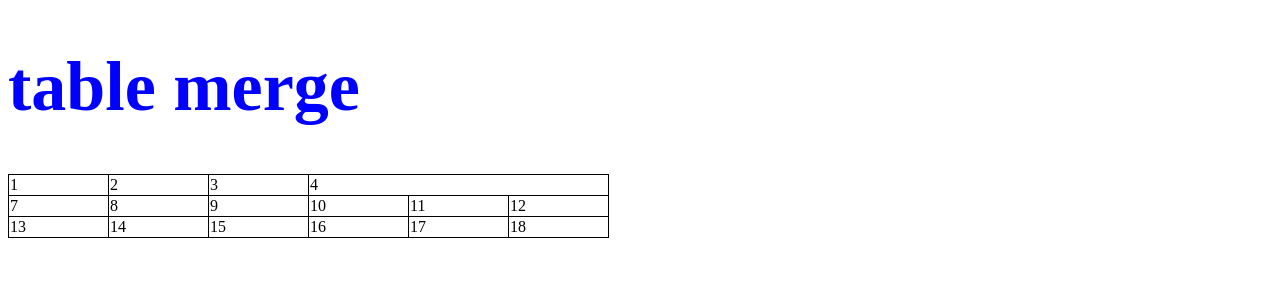
Repository: keeka2/webPractice
Page: MyStudy/HTML_Study/work/0821/WebContent/ex6.html
The author's editor kept a copy of each file at every save. The page is drawn from the files as they stood at one save, then again after the next save.
The browser window is 1280 px wide. The pictures show the whole page.

Above is the page before, as saved 2020-08-21 07:05:41.

After the next save:
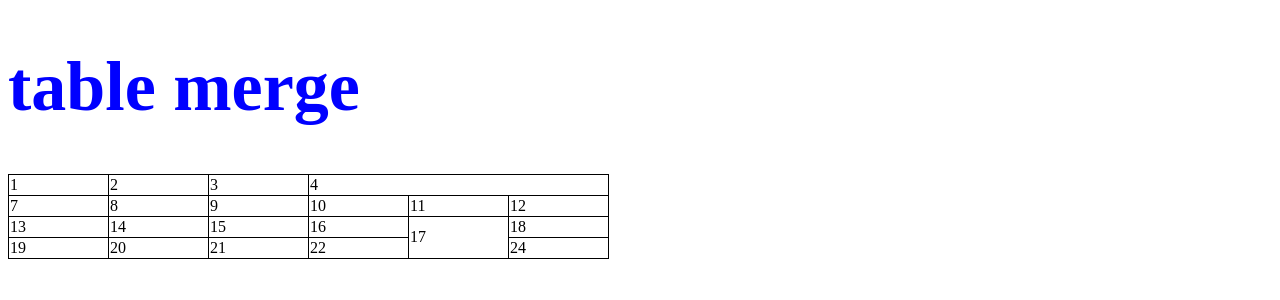
Saved 58 s later.
--- a/MyStudy/HTML_Study/work/0821/WebContent/ex6.html
+++ b/MyStudy/HTML_Study/work/0821/WebContent/ex6.html
@@ -48,13 +48,21 @@
 				<td>10</td>
 				<td>11</td>
 				<td>12</td>
-			<tr rowspan=2>
+			<tr>
 				<td>13</td>
 				<td>14</td>
 				<td>15</td>
 				<td>16</td>
-				<td>17</td>
+				<td rowspan=2>17</td>
 				<td>18</td>
+			</tr>
+			<tr>
+				<td>19</td>
+				<td>20</td>
+				<td>21</td>
+				<td>22</td>
+
+				<td>24</td>
 			</tr>
 		</tbody>
 	</table>
